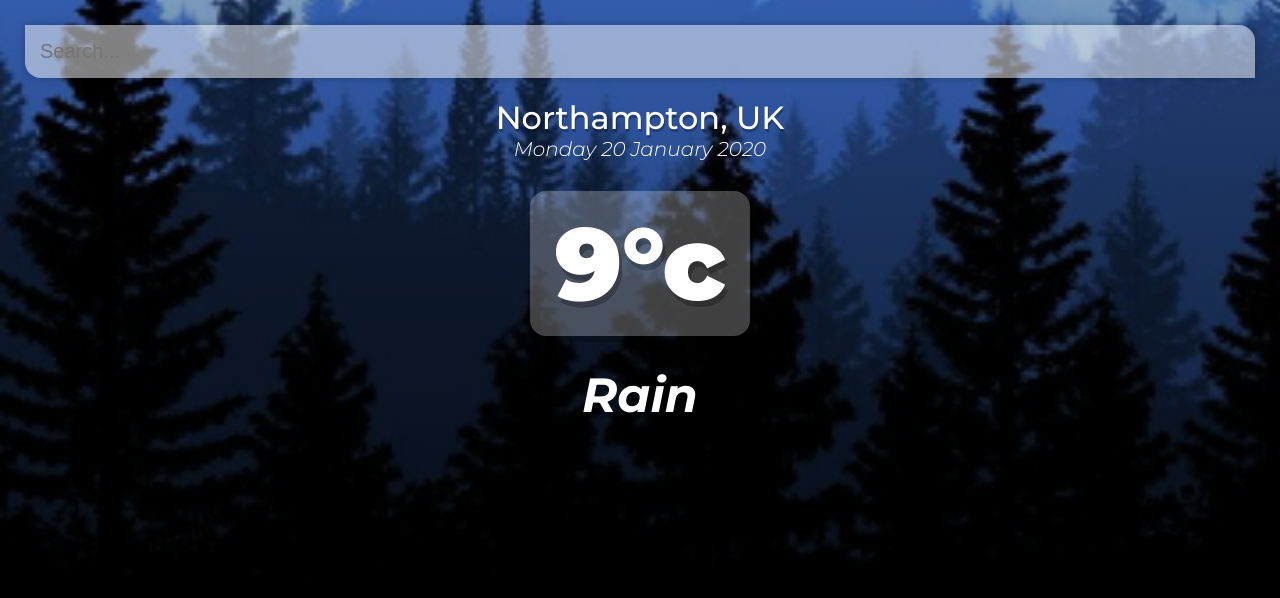
Repository: AbApin/vue-simple-weather-app
Page: /
These files come from the project's save history. The page is drawn as it stood at one moment and after the next save; the edit follows.
The browser window is 1280 px wide. The pictures show the whole page.
The project was rebuilt for these pictures with package versions that can differ from the ones it lists, and the page was loaded fresh each time. Also part of the build but not shown: vue.config.js.

Above is the page before, as saved 2022-11-24 12:35:52.

### public/index.html
<!DOCTYPE html>
<html lang="">
  <head>
    <meta charset="utf-8">
    <meta http-equiv="X-UA-Compatible" content="IE=edge">
    <meta name="viewport" content="width=device-width,initial-scale=1.0">
    <link rel="icon" href="<%= BASE_URL %>favicon.ico">
    <title><%= htmlWebpackPlugin.options.title %></title>
    <link href="https://fonts.googleapis.com/css?family=Montserrat:100,200,300,regular,500,600,700,800,900,100italic,200italic,300italic,italic,500italic,600italic,700italic,800italic,900italic" rel="stylesheet" />
  </head>
  <body>
    <noscript>
      <strong>We're sorry but <%= htmlWebpackPlugin.options.title %> doesn't work properly without JavaScript enabled. Please enable it to continue.</strong>
    </noscript>
    <div id="app"></div>
    <!-- built files will be auto injected -->
  </body>
</html>

### src/App.vue
<template>
  <div id="app">
    <main>
      <div class="search-box">
        <input
          type="text"
          class="search-bar"
          placeholder="Search..."
          v-model="query"
          @keypress="fetchWeather"
        />
      </div>

      <div class="weather-wrap">
        <div class="location-box">
          <h3 class="location">Northampton, UK</h3>
          <p class="date">Monday 20 January 2020</p>
        </div>
      </div>

      <div class="weather-box">
        <p class="temp">9°c</p>
        <p class="weather">Rain</p>
      </div>
    </main>
  </div>
</template>

<script>
export default {
  name: 'App',
  data() {
    return {
      api_key: '792b7f6beb09647b4db2b279062abff4',
      url_base: 'https://api.openweathermap.org/data/2.5/',
      query: '',
      weather: {},
    };
  },
  methods: {
    fetchWeather(e) {
      if (e.key == 'Enter') {
        fetch(`${this.url_base}weather?q=${this.query}&units=metric&APPID=${this.api_key}`)
              .then(res => {
                return res.json()
              })
              .then(this.setResults)
      }
    },
  },
  setResults(results) {
    this.weather = JSON.parse(results)
  }
};
</script>

<style>
* {
  margin: 0;
  padding: 0;
  box-sizing: border-box;
}
body {
  font-family: 'Montserrat', sans-serif;
}
#app {
  background-image: url('./assets/cold-bg.jpg');
  background-size: cover;
  background-position: bottom;
  transition: 0.4s;
}
main {
  min-height: 100vh;
  padding: 25px;
  background: linear-gradient(to bottom, rgba(0, 0, 0, 0.25), rgba(0, 0, 0, 0.75));
}
.search-box .search-bar {
  display: block;
  width: 100%;
  padding: 15px;
  color: #313131;
  font-size: 20px;
  border: none;
  outline: none;
  appearance: none;
  background: none;
  box-shadow: 0 0 8px rgba(0, 0, 0, 0.25);
  background-color: rgba(255, 255, 255, 0.5);
  border-radius: 0 16px 0 16px;
}
.search-box .search-bar:focus {
  box-shadow: 0 0 16px rgba(0, 0, 0, 0.25);
  background-color: rgba(255, 255, 255, 0.75);
  border-radius: 16px 0 16px 0;
}

.location-box .location {
  color: #fff;
  font-size: 32px;
  font-weight: 500;
  text-align: center;
  text-shadow: 1px 3px rgba(0, 0, 0, 0.25);
}
.location-box .date {
  color: #fff;
  font-size: 20px;
  font-weight: 300;
  font-style: italic;
  text-align: center;
}
.weather-wrap {
  margin-top: 20px;
}
.weather-box {
  text-align: center;
}
.weather-box .temp {
  display: inline-block;
  padding: 10px 25px;
  color: #fff;
  font-size: 102px;
  font-weight: 900;

  text-shadow: 3px 6px rgba(0, 0, 0, 0.25);
  background-color: rgba(255, 255, 255, 0.25);
  border-radius: 16px;
  margin: 30px 0;

  box-shadow: 3px 6px rgba(0, 0, 0, 0.25);
}
.weather-box .weather {
  color: #fff;
  font-size: 48px;
  font-weight: 700;
  font-style: italic;
  text-shadow: 3px 6px rgba(0, 0, 0, 0.25);
}
</style>

Loaded but not shown: src/main.js (common file)

After the next save:
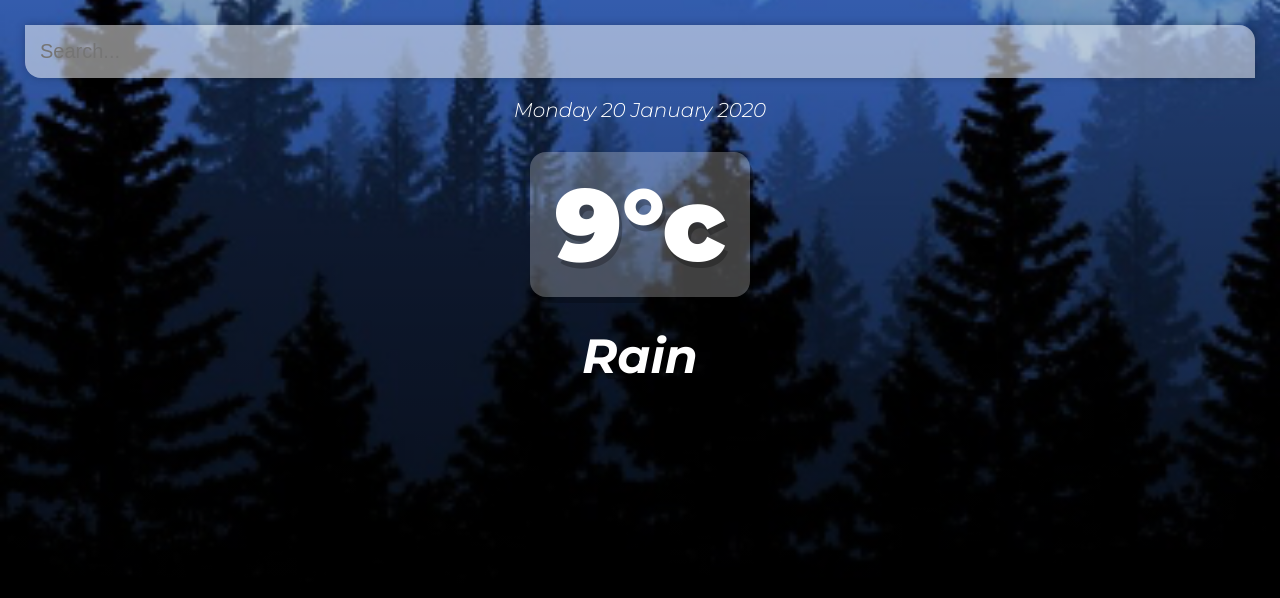
Saved 35 s later.
--- a/src/App.vue
+++ b/src/App.vue
@@ -13,7 +13,7 @@
 
       <div class="weather-wrap">
         <div class="location-box">
-          <h3 class="location">Northampton, UK</h3>
+          <h3 class="location">{{Northampton, UK}}</h3>
           <p class="date">Monday 20 January 2020</p>
         </div>
       </div>
